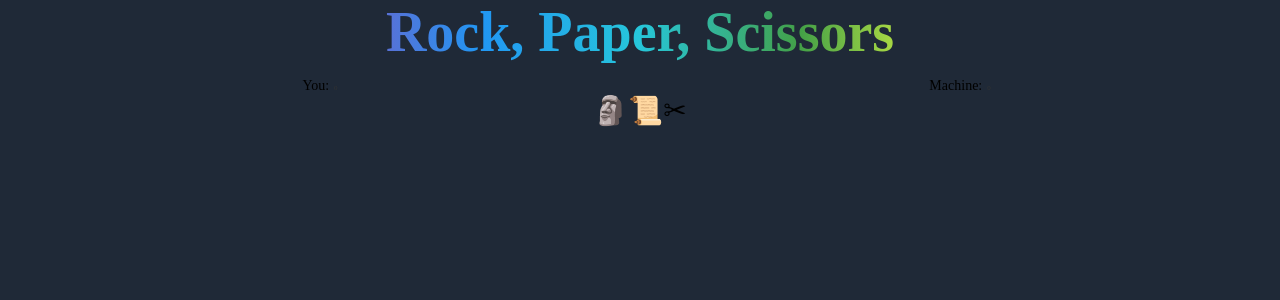
Repository: dung8466/RPS
Page: index.html
An editor plug-in stored every save of this project. The page is shown before and after the next save, followed by the edit.
The browser window is 1280 px wide. The pictures show the whole page.

Above is the page before, as saved 2022-07-01 21:36:59.

After the next save:
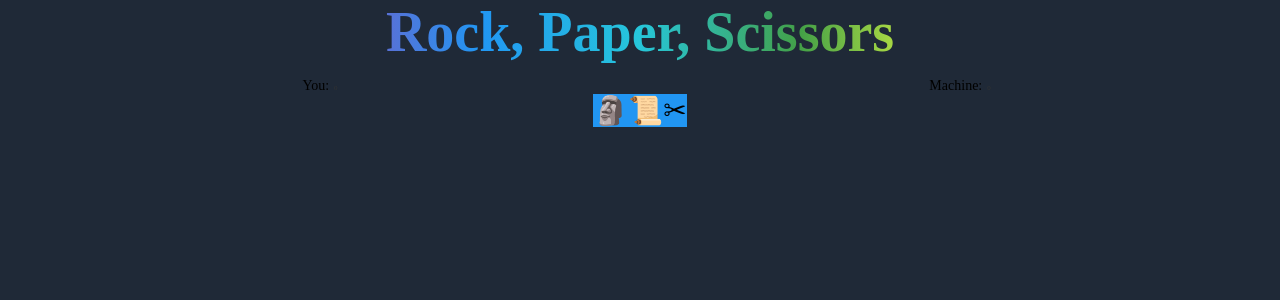
Saved 36 s later.
--- a/style.css
+++ b/style.css
@@ -19,7 +19,7 @@
   }
 
   .selection {
-    background: none;
+    background-color: #2196f3;
     border: none;
     outline: none;
     cursor: pointer;
